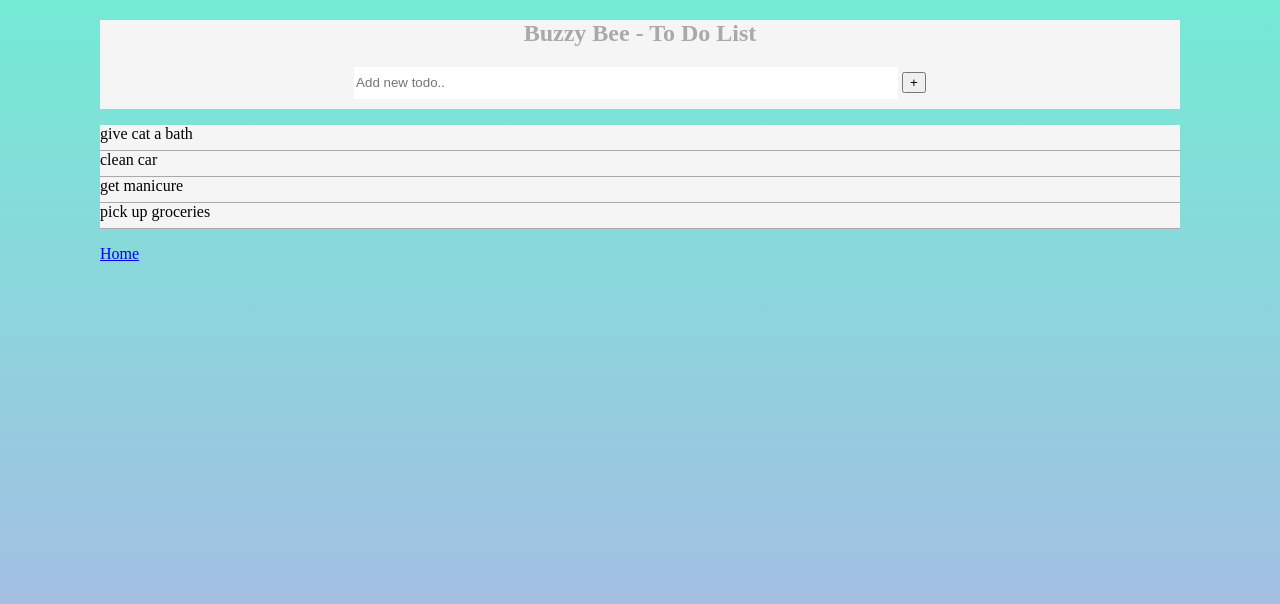
Repository: seleniadelgado/backend-spring2020-angie
Page: projects/todo/public_html/index.html
An editor plug-in stored every save of this project. The page is shown before and after the next save, followed by the edit.
The browser window is 1280 px wide. The pictures show the whole page.
The page's requests for data from a server got no answer.

Above is the page before, as saved 2020-05-12 16:26:58.

After the next save:
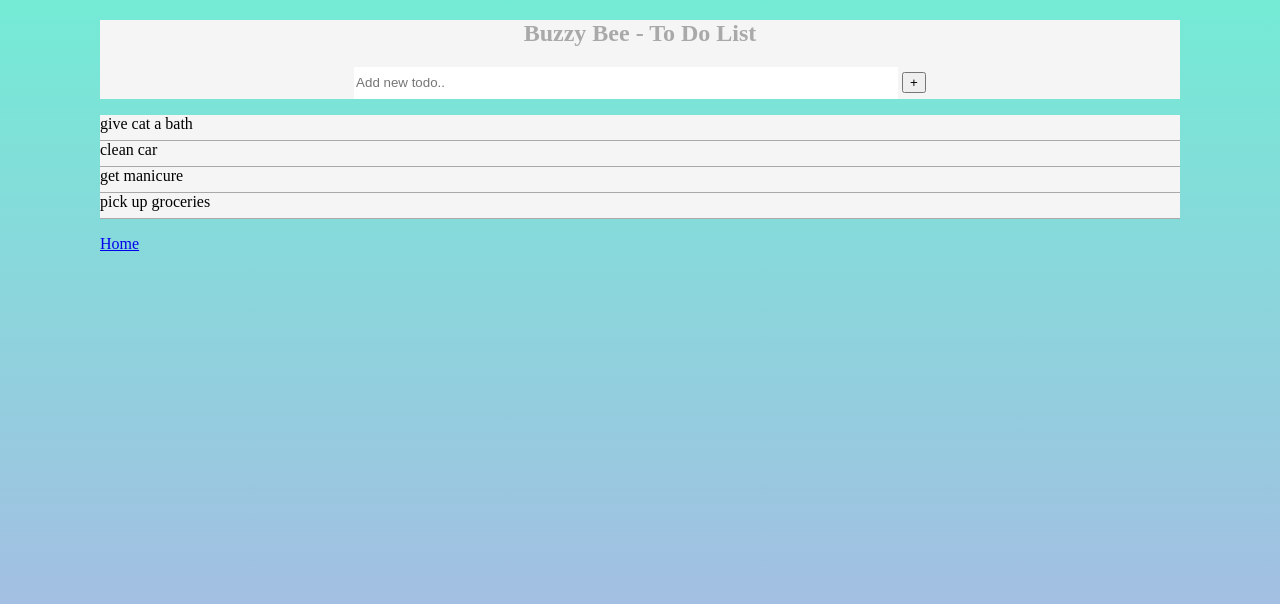
Saved 25 s later.
--- a/projects/todo/public_html/styles.css
+++ b/projects/todo/public_html/styles.css
@@ -10,7 +10,6 @@ body {
 .sectionTitle {
     background-color: whitesmoke;
     text-align: center;
-    margin-bottom: 0;
 }
 
 .appTitle {
@@ -19,7 +18,7 @@ body {
 #addNote #newNote {
     border: none;
     margin-left: 0%;
-    margin-bottom: 10px;
+    margin-bottom: 0px;
     height: 30px;
     width: 50%;
 }

After the save that followed:
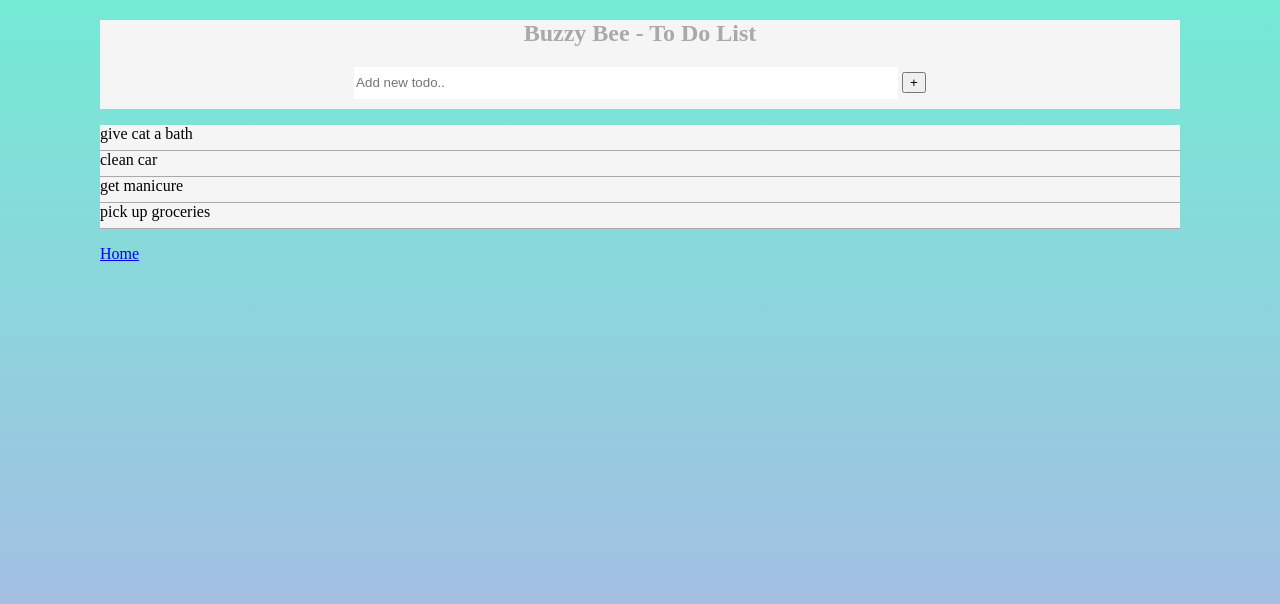
Saved 6 s later.
--- a/projects/todo/public_html/styles.css
+++ b/projects/todo/public_html/styles.css
@@ -18,7 +18,7 @@ body {
 #addNote #newNote {
     border: none;
     margin-left: 0%;
-    margin-bottom: 0px;
+    margin-bottom: 10px;
     height: 30px;
     width: 50%;
 }
